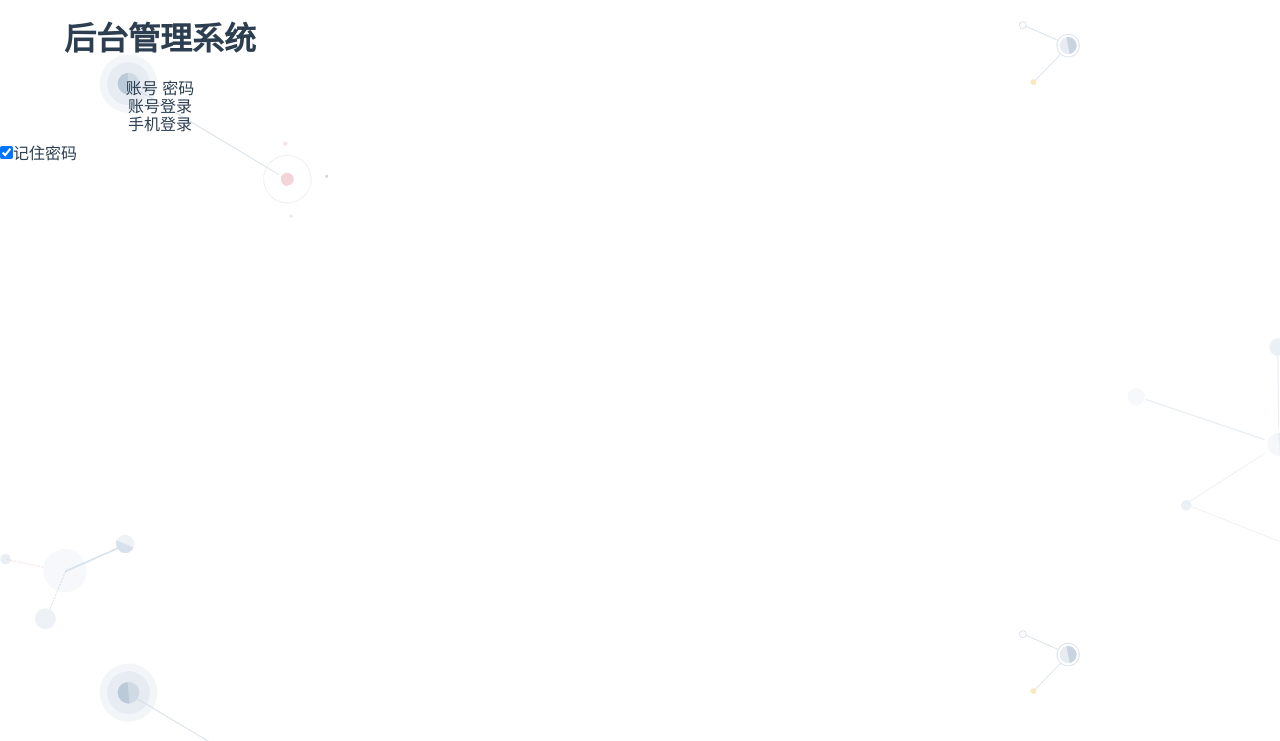
Repository: chenguox/vue-admin
Page: /#/login
These files come from the project's save history. The page is drawn as it stood at one moment and after a run of saves; the edit follows.
The browser window is 1280 px wide. The pictures show the whole page.
The page's requests for data from a server got no answer. The project was rebuilt for these pictures with package versions that can differ from the ones it lists, and the page was loaded fresh each time. No one was signed in, and anything a server would have sent is missing. Also part of the build but not shown: vue.config.js.

Above is the page before, as saved 2022-03-05 10:54:26.

### src/main.ts
import { createApp } from 'vue'
import { globalRegister } from './global'
import 'normalize.css'
import './assets/css/index.less'

import App from './App.vue'

import router from './router'
import store from './store'

import gxRequest from './service'

const app = createApp(App)

// 注册element-plus/其他
app.use(globalRegister)
app.use(router)
app.use(store)

app.mount('#app')

interface DataType {
  data: any
  returnCode: string
  success: boolean
}

gxRequest
  .request<DataType>({
    url: '/post',
    method: 'POST',
    interceptors: {
      requestInterceptor: (config) => {
        console.log('单个请求成功的拦截')
        return config
      },
      requestInterceptorCatch: (err) => {
        console.log('单个请求失败的拦截')
        return err
      },
      responseInterceptor: (res) => {
        console.log('单个响应成功的拦截')
        return res
      },
      responseInterceptorCatch: (err) => {
        console.log('单个响应失败的拦截')
        return err
      }
    }
  })
  .then((res) => {
    // 拿到请求结果
    console.log(res)
  })

### src/global/index.ts
import { App } from 'vue'
import registerElement from './register-element'

export function globalRegister(app: App): void {
  app.use(registerElement)
}

### src/App.vue
<template>
  <div id="app">
    <!-- <router-link to="/login">登录</router-link>
    <router-link to="/main">首页</router-link>
    <h2>{{ $store.state.name }}</h2> -->
    <router-view></router-view>
  </div>
</template>

<script lang="ts">
import { defineComponent } from 'vue'

export default defineComponent({
  name: 'App',
  components: {}
})
</script>

<style lang="less">
#app {
  font-family: Avenir, Helvetica, Arial, sans-serif;
  -webkit-font-smoothing: antialiased;
  -moz-osx-font-smoothing: grayscale;
  text-align: center;
  color: #2c3e50;
  // margin-top: 60px;
}
</style>

### src/router/index.ts
import { createRouter, createWebHashHistory } from 'vue-router'
import { RouteRecordRaw } from 'vue-router'

const routes: RouteRecordRaw[] = [
  {
    path: '/',
    redirect: '/main'
  },
  {
    path: '/main',
    component: () => import('../views/main/main.vue')
  },
  {
    path: '/login',
    component: () => import('../views/login/login.vue')
  }
]

// 创建 router 对象
const router = createRouter({
  routes,
  history: createWebHashHistory()
})

export default router

### src/store/index.ts
import { createStore } from 'vuex'

// 创建store对象
const store = createStore({
  state: () => {
    return {
      name: '哈哈'
    }
  },
  mutations: {},
  getters: {},
  actions: {}
})

export default store

### src/service/index.ts
// service 统一出口
import GXRequest from './request'
import { API_BASE_URL, TIME_OUT } from './request/config'

// 创建 gxRequest 实例
const gxRequest = new GXRequest({
  baseURL: API_BASE_URL,
  timeout: TIME_OUT,
  interceptors: {
    requestInterceptor: (config) => {
      console.log('请求成功的拦截')
      return config
    },
    requestInterceptorCatch: (err) => {
      console.log('请求失败的拦截')
      return err
    },
    responseInterceptor: (res) => {
      console.log('响应成功的拦截')
      return res
    },
    responseInterceptorCatch: (err) => {
      console.log('响应失败的拦截')
      return err
    }
  }
})

export default gxRequest

### src/global/register-element.ts
import { App } from 'vue'
import {
  ElButton,
  ElTabs,
  ElTabPane,
  ElIcon,
  ElForm,
  ElFormItem,
  ElInput,
  ElCheckbox,
  ElLink
} from 'element-plus'

const components = [
  ElButton,
  ElTabs,
  ElTabPane,
  ElIcon,
  ElForm,
  ElFormItem,
  ElInput,
  ElCheckbox,
  ElLink
]

export default function (app: App): void {
  for (const component of components) {
    app.component(component.name, component)
  }
}

### src/views/login/login.vue
<template>
  <div class="login">
    <login-panel />
  </div>
</template>

<script lang="ts">
import { defineComponent } from 'vue'
import LoginPanel from './cpns/login-panel.vue'

export default defineComponent({
  components: {
    LoginPanel
  },
  setup() {
    return {}
  }
})
</script>

<style scoped lange="less">
.login {
  width: 100%;
  height: 100%;
  background: url('../../assets/img/login-bg.svg');
}
</style>

### src/service/request/index.ts
import axios from 'axios'
import type { AxiosInstance } from 'axios'
import type { GXRequestInterceptors, GXRequestConfig } from './type'

class GXRequest {
  instance: AxiosInstance
  interceptors?: GXRequestInterceptors

  constructor(config: GXRequestConfig) {
    this.instance = axios.create(config)

    // 保存对应实例的拦截
    this.interceptors = config.interceptors

    // 1、添加所有实例的拦截器
    this.instance.interceptors.request.use(
      (config) => {
        console.log('所有实例的拦截器: 请求成功拦截')
        return config
      },
      (err) => {
        console.log('所有实例的拦截器: 请求失败拦截')
        return err
      }
    )

    this.instance.interceptors.response.use(
      (res) => {
        console.log('所有实例的拦截器: 响应成功拦截')
        return res
      },
      (err) => {
        console.log('所有实例的拦截器: 响应失败拦截')
        return err
      }
    )

    // 2、添加实例拦截器(从config中取出对应的实例)
    this.instance.interceptors.request.use(
      this.interceptors?.requestInterceptor,
      this.interceptors?.requestInterceptorCatch
    )
    this.instance.interceptors.response.use(
      this.interceptors?.responseInterceptor,
      this.interceptors?.responseInterceptorCatch
    )
  }

  // 需要将返回结果类型改为 Promise, 且类型应该是请求者决定，所以使用泛型
  request<T>(config: GXRequestConfig<T>): Promise<T> {
    // 处理成返回一个 promise
    return new Promise((resolve, reject) => {
      if (config.interceptors?.requestInterceptor) {
        // 执行请求拦截，执行完将config返回
        config = config.interceptors.requestInterceptor(config)
      }
      this.instance
        .request<any, T>(config)
        .then((res) => {
          if (config.interceptors?.responseInterceptor) {
            res = config.interceptors.responseInterceptor(res)
          }

          // 将结果 resolve 返回出去
          resolve(res)
        })
        .catch((err) => {
          reject(err)
        })
    })
  }
}

export default GXRequest

### src/service/request/config.ts
// 通过加载 .env 文件的方式区分环境变量
export const API_BASE_URL = process.env.VUE_APP_BASE_URL
export const TIME_OUT = 10000

### src/views/login/cpns/login-panel.vue
<template>
  <div class="login-panel">
    <h1 class="title">后台管理系统</h1>
    <el-tabs>
      <el-tab-pane type="border-card">
        <template #label>
          <span>
            <el-icon><avatar /></el-icon>账号登录
          </span>
        </template>
        账号 密码
      </el-tab-pane>
      <el-tab-pane>
        <template #label>
          <span>
            <el-icon><cellphone /></el-icon>手机登录
          </span>
        </template>
        手机
      </el-tab-pane>
    </el-tabs>
    <div class="account-control">
      <el-checkbox
        v-model="isKeepPassword"
        label="记住密码"
        size="large"
      ></el-checkbox>
      <e-link></e-link>
    </div>
  </div>
</template>

<script lang="ts">
import { defineComponent, ref } from 'vue'

export default defineComponent({
  setup() {
    const isKeepPassword = ref(true)
    return {
      isKeepPassword
    }
  }
})
</script>

<style scoped lang="less">
.login-panel {
  width: 320px;

  // .title {

  // }
  .account-control {
    margin-top: 10px;
    display: flex;
    justify-content: space-between;
  }
}
</style>

Loaded but not shown: public/index.html (common file); src/assets/css/index.less (common file); src/assets/css/base.less (common file)

After the next 4 saves:
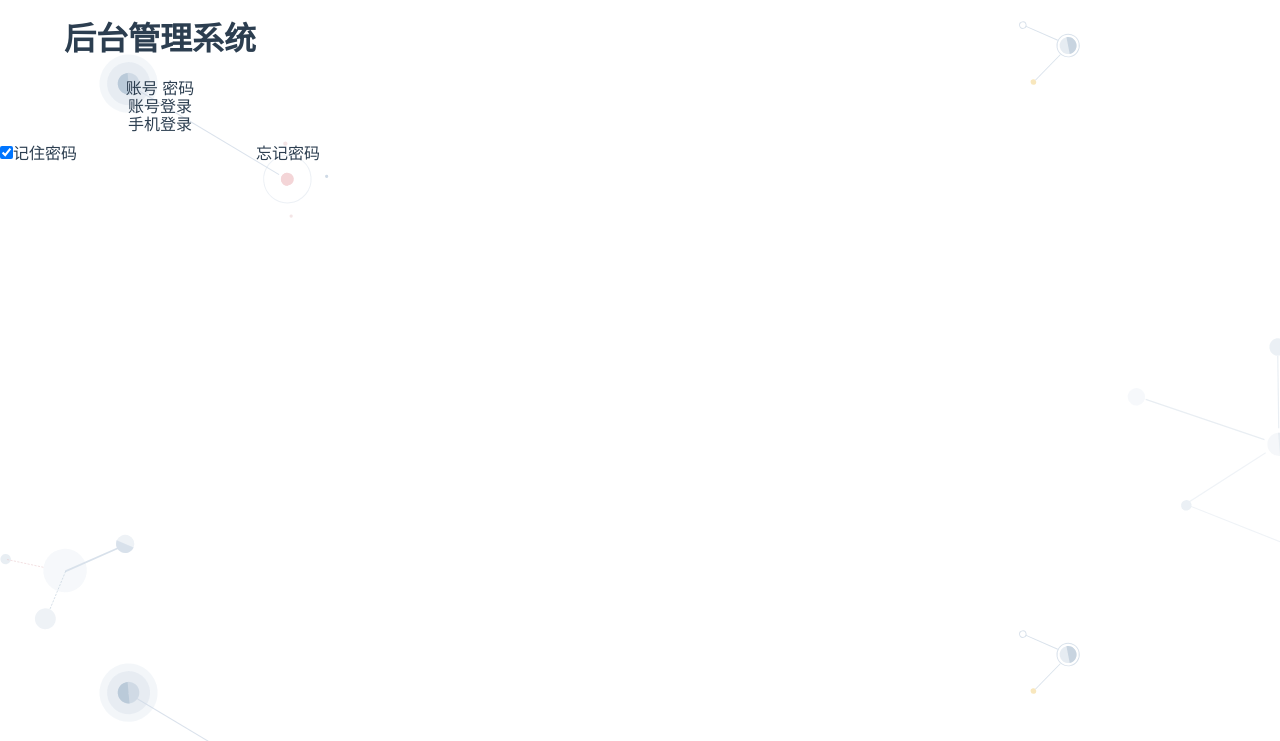
The 4 saves are shown as one change because they came seconds apart.
The last was saved 11 s later.
--- a/src/views/login/cpns/login-panel.vue
+++ b/src/views/login/cpns/login-panel.vue
@@ -25,7 +25,7 @@
         label="记住密码"
         size="large"
       ></el-checkbox>
-      <e-link></e-link>
+      <e-link >忘记密码</e-link>
     </div>
   </div>
 </template>
